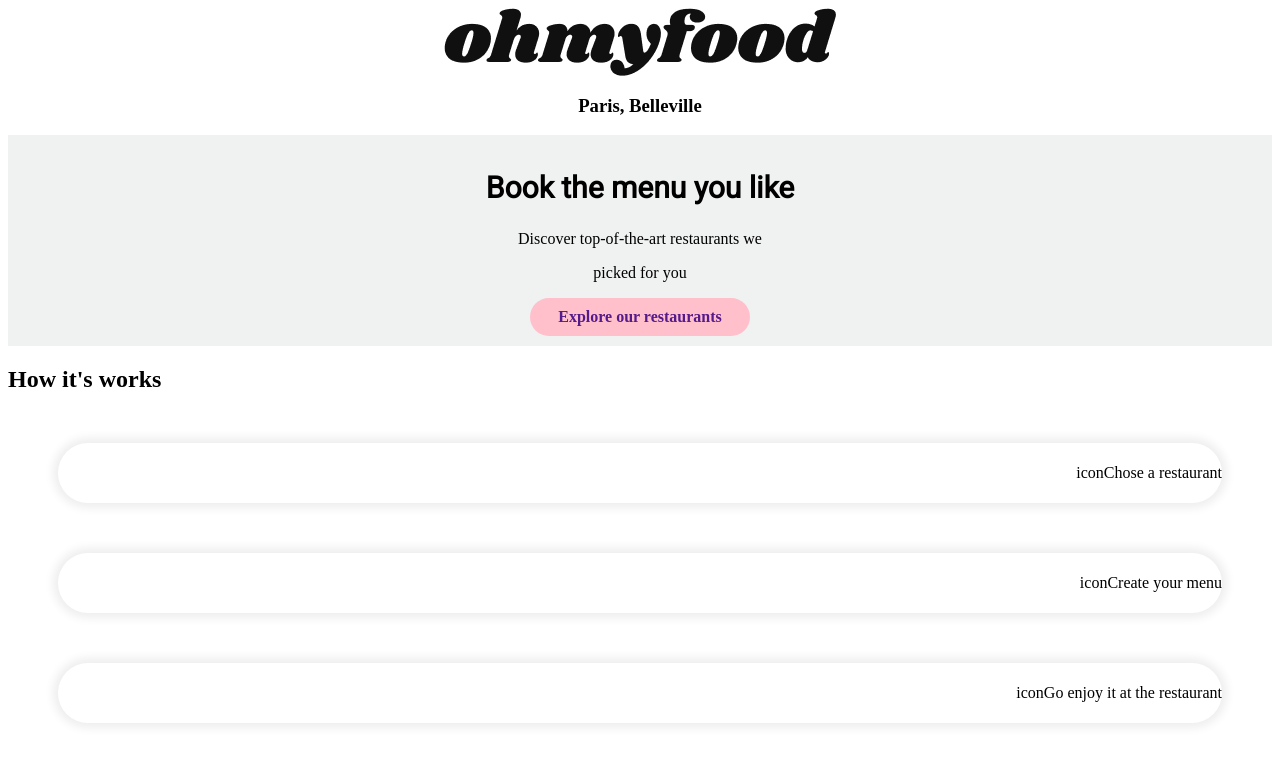
Repository: ailahin/ohmyfood
Page: Index.html
The author's editor kept a copy of each file at every save. The page is drawn from the files as they stood at one save, then again after a run of saves.
The browser window is 1280 px wide. The pictures show the whole page.
Some web fonts or font styles are not loaded; a fallback is used.

Above is the page before, as saved 2023-08-11 03:55:34.

### Index.html
<!DOCTYPE html>
<html lang="en">
<head>
    <meta charset="UTF-8">
    <meta name="viewport" content="width=device-width, initial-scale=1.0">
    <title>ohmyfood</title>
    <link rel="stylesheet" href="index.css">
    <link rel="preconnect" href="https://fonts.googleapis.com">
    <link rel="preconnect" href="https://fonts.gstatic.com" crossorigin>
    <link href="https://fonts.googleapis.com/css2?family=Raleway&family=Roboto&family=Shrikhand&display=swap" rel="stylesheet">

    <!-- font-family: 'Raleway', sans-serif;
font-family: 'Roboto', sans-serif;
font-family: 'Shrikhand', cursive; -->
<!-- Primary Secondary Tertiary
#9356DC #FF79DA #99E2D0 -->

</head>
<body>
    <header>
        <div class="header-img">
            <img src="/images/logo/ohmyfood.png" alt="">
        </div>

        <div class="header-title">
            <h3> Paris, Belleville</h3>
        </div>

    </header>

    <nav>


        <div>
            <h1 class="nav-title"> Book the menu you like</h1>
        <p class="span-text"> Discover top-of-the-art restaurants we</p>
        <p class="span-text">picked for you</p>
        <a href="" type="button" class="nav-btn"> Explore our restaurants</a>

        </div>

    </nav>

    <section>

        <h1>How it's works</h1>

        <div class="card">
            <div class="card-icon"> icon</div>
            <div class="card-text">Chose a restaurant</div>
        </div>
        <div  class="card">
            <div class="card-icon">icon</div>
            <div class="card-text">Create your menu</div>
        </div>
        <div  class="card">
            <div class="card-icon">icon</div>
            <div class="card-text">Go enjoy it at the restaurant</div>
        </div>

    </section>
    <footer>

    </footer>
</body>
</html>

### index.css


.header-img{
    display: flex;
    align-items: center;
    justify-content:center;

}
.header-title{
    display: flex;
    align-items: center;
    justify-content:center;

}
nav{
    background-color: rgb(240, 241, 241);
    padding: 10px;
    padding-bottom: 10px;
    width: 100%;
    box-sizing: border-box;





    .nav-title{
        align-items: center;
        justify-content: center;
        display: flex;
        font-family: 'Roboto', sans-serif;
        font-size: 30px;

    }

    .span-text{
        align-items: center;
        justify-content: center;
        display: flex;
    }

    .nav-btn {
        display: flex;
        align-items: center;
        justify-content: center;
        background-color: pink;
        width: 200px;
        margin: 0 auto;
        text-decoration: none;
        padding: 10px;
        border-radius: 1000px;
        font-weight: bold;

    }
}
.card{
    box-shadow: 0px 0px 10px 5px rgb(239, 238, 238);
    border-radius: 100px;
    margin: 50px;
    height:60px;
    display: flex;
    align-items: center;
    justify-content:flex-end

}

.card-text{





}

.card-icon{


}

After the next 2 saves:
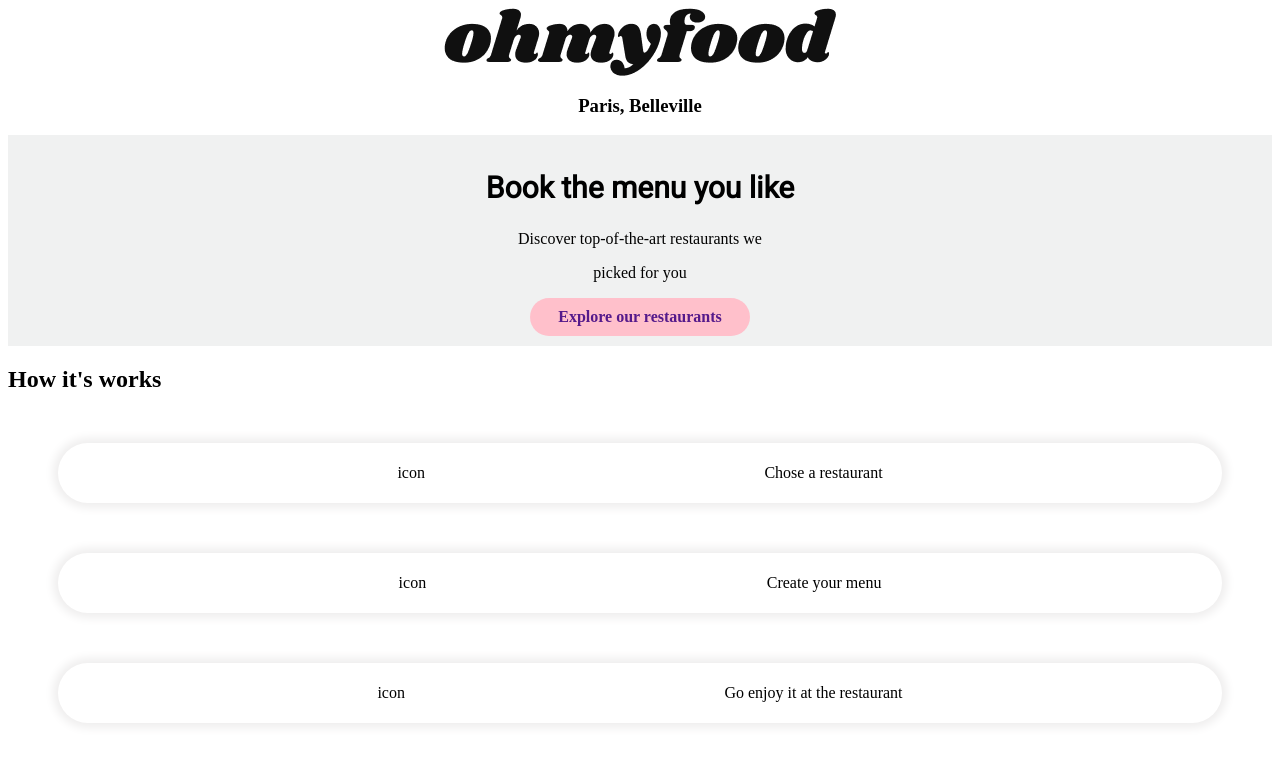
The 2 saves are shown as one change because they came seconds apart.
The last was saved 13 s later.
--- a/index.css
+++ b/index.css
@@ -59,7 +59,7 @@ nav{
     height:60px;
     display: flex;
     align-items: center;
-    justify-content:flex-end
+    justify-content:space-evenly;
 
 }
 
